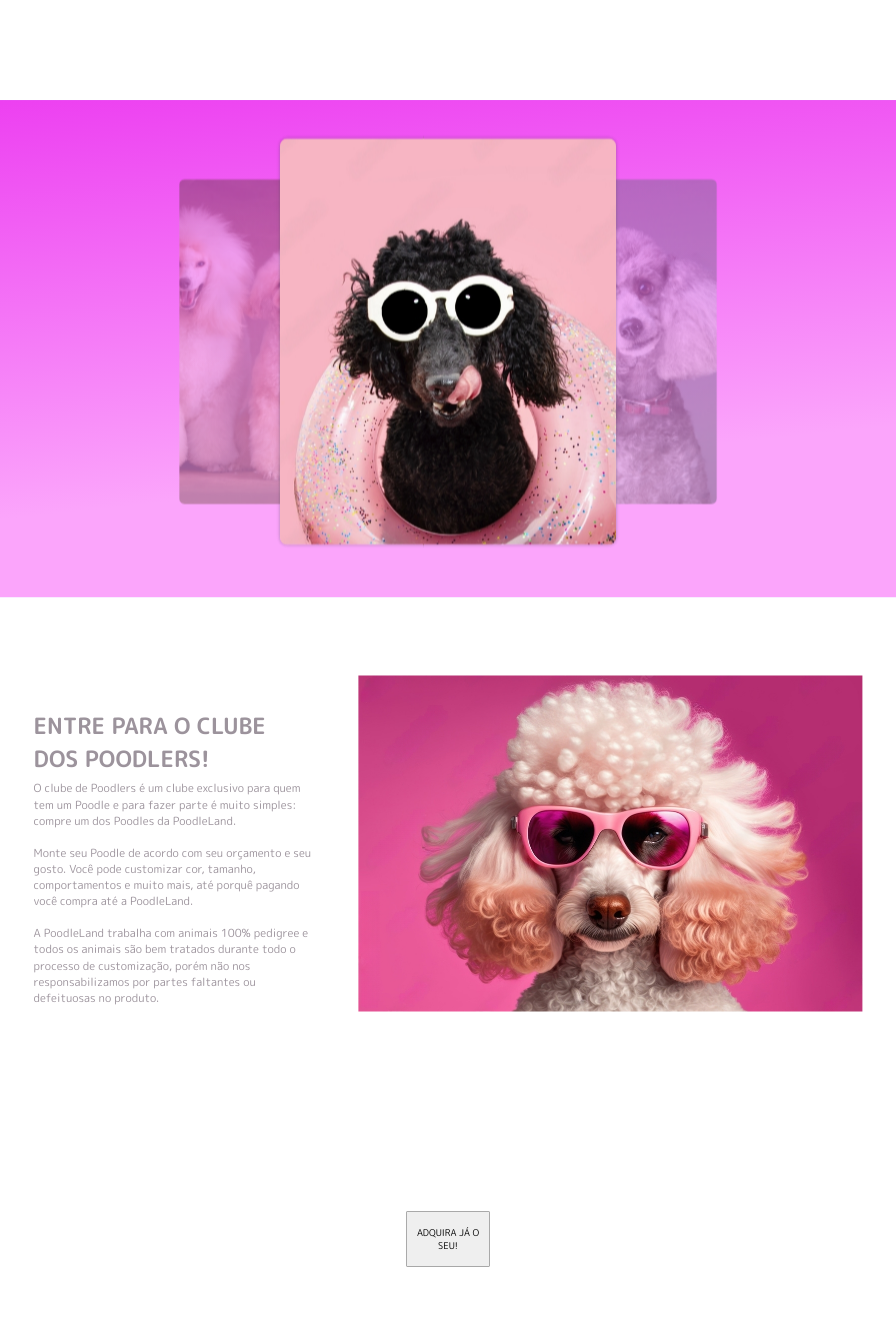
Repository: vinibalt/PoodleLand
Page: poddlelandia.html
These files come from the project's save history. The page is drawn as it stood at one moment and after a run of saves; the edit follows.
The browser window is 1280 px wide. The pictures show the part of the page from y = 770 to 2690 px (the page is 2690 px tall), at 70% of full size.

Above is the page before, as saved 2023-05-12 22:17:25.

### poddlelandia.html
<!DOCTYPE html>
<html lang="en">

<head>
    <meta charset="UTF-8">
    <meta http-equiv="X-UA-Compatible" content="IE=edge">
    <meta name="viewport" content="width=device-width, initial-scale=1.0">
    <link rel="stylesheet" href="./assets/css/styles.css">
    <title> PoodleLand </title>
</head>

<body>
    <header class="header">
        <div class="content">
            <img src="./assets/img/logo-poodleland.png" alt="" height="60px">
        </div>
    </header>

    <section class="section-one row">
        <div class="img-one">
            <img src="./assets/img/poddle-lindo.jpeg" alt="" height="480px">
        </div>

        <div class="text-one">
            <h1>O QUE SÃO POODLES?</h1>
            <p>
                O Poodle é uma raça de cães originária da França, que se tornou popular em todo o mundo por suas
                características únicas e encantadoras. Conhecido por sua inteligência, elegância e personalidade
                afetuosa, o Poodle é uma das raças mais populares de cães de companhia. <br><br>
                Uma das características mais marcantes do Poodle é seu pelo denso e encaracolado, que pode ser de
                diversas cores, como branco, preto, marrom e cinza. Além disso, a raça é conhecida por sua alta
                capacidade de aprendizado, sendo facilmente treinada e capaz de aprender diversos truques e comandos.
                <br><br>
                Apesar de sua aparência elegante e delicada, o Poodle é uma raça bastante resistente e adaptável, capaz
                de se adaptar facilmente a diferentes ambientes e estilos de vida. Além disso, a raça é conhecida por
                sua personalidade brincalhona e afetuosa, sendo um ótimo companheiro para famílias com crianças.
                <br><br>

            </p>
        </div>
    </section>

    <section class="section-carousel">

        <div class="container">
            <input type="radio" name="slider" id="item-1" checked>
            <input type="radio" name="slider" id="item-2">
            <input type="radio" name="slider" id="item-3">
          <div class="cards">
            <label class="card" for="item-1" id="song-1">
              <img class="img-carousel" src="./assets/img/poodle-praiano.jpeg" alt="song">
            </label>
            <label class="card" for="item-2" id="song-2">
              <img class="img-carousel" src="./assets/img/poodle-cinza-transformed.jpeg" alt="song">
            </label>
            <label class="card" for="item-3" id="song-3">
              <img class="img-carousel" src="./assets/img/poodle-varias-cores-transformed.jpeg" alt="song">
            </label>
          </div>
        </div>

    </section>

    <section class="section-two row">
        <div class="text-two">
            <h1>ENTRE PARA O CLUBE DOS POODLERS!</h1>
            <p>
                O clube de Poodlers é um clube exclusivo para quem tem um Poodle e para fazer parte é muito simples:
                compre um dos Poodles da PoodleLand. <br><br>
                Monte seu Poodle de acordo com seu orçamento e seu gosto. Você pode customizar cor, tamanho, comportamentos
                e muito mais, até porquê pagando você compra até a PoodleLand.
                <br><br>
                A PoodleLand trabalha com animais 100% pedigree e todos os animais são bem tratados durante todo o processo
                de customização, porém não nos responsabilizamos por partes faltantes ou defeituosas no produto.
                <br><br>

            </p>
        </div>

        <div class="img-two">
            <img src="./assets/img/poddle-lindo.jpeg" alt="" height="480px">
        </div>
    </section>

    <section class="catch">

        <button class="catch-button">
            ADQUIRA JÁ O SEU!
        </button>

    </section>

    <footer>

    </footer>
</body>

</html>

### assets/css/styles.css
@import url('https://fonts.googleapis.com/css2?family=Heebo:wght@300;400;500;600;700;800;900&display=swap');
@import url('https://fonts.googleapis.com/css2?family=M+PLUS+Rounded+1c:wght@100;300;400;500;700;800;900&display=swap');
/* font-family: 'Heebo', sans-serif; */

* {
    padding: 0;
    margin: 0;

    font-family: 'M PLUS Rounded 1c', sans-serif;
}

body {
    scroll-behavior: smooth;
}

.header {
    height: 80px;
    position: sticky;
    top: 0;
    background-color: #ed40f1;
    box-shadow: 0px 3px 5px 0px rgba(255,171,252,1);

    justify-content: center;
    align-items: center;
    text-align: center;

    z-index: 2;
}

.content img {
    padding-top: 1rem;
    border-radius: .5rem;

    border-radius: 8px;
}

.section-one, .section-two {
    height: auto;
    padding-top: 4rem;

    padding: 4rem 1rem 8rem 1rem;
    color: #9c939c;
}

.img-one, .text-one, .img-two{
    padding: 3rem 2rem 2rem;
}

.text-one {

}

.text-one > h1 {
 font-size: 32px;
 font-weight: 700;

 padding-bottom: .5rem;
}

.text-two > h1 {
    font-size: 32px;
    font-weight: 700;

    padding-bottom: .5rem;
   }

.text-one > p {
    font-size: 16px;
    font-weight: 400;
}

.text-two > p {
    font-size: 16px;
    font-weight: 400;
}

.text-two {
   padding: 6rem 2rem 2rem;
}

.section-carousel {
    height: 650px;
    /* background-color: #fba5fb; */
    background: rgb(237,64,241);
    background: linear-gradient(174deg, rgba(237,64,241,1) 0%, rgba(251,165,251,1) 71%);
}

.catch {
  height: 300px;
  display: flex;
  align-items: center;
  justify-content: center

}

.catch > button {

    height: 80px;
    width: 120px;


    margin: 0 auto;
}








.row {
    display: flex;
    flex-direction: row;
}

.column {
    display: flex;
    flex-direction: column;
}







@import url("https://fonts.googleapis.com/css?family=DM+Sans:400,500,700&display=swap");



.section-carousel {
  display: flex;
  align-items: center;
  justify-content: center;
  padding: 30px 10px;
  font-family: 'DM Sans', sans-serif;
  transition: background .4s ease-in;
  background-color: #c394f8;

  &.blue {
    background-color: #428aa6;
  }
}

input[type=radio] {
  display: none;
}

.card {
  position: absolute;
  width: 60%;
  height: 100%;
  left: 0;
  right: 0;
  margin: auto;
  transition: transform .4s ease;
  cursor: pointer;
}

.container {
  width: 100%;
  max-width: 800px;
  max-height: 600px;
  height: 100%;
  transform-style: preserve-3d;
  display: flex;
  justify-content: center;
  flex-direction: column;
  align-items: center;
}

.cards {
  position: relative;
  width: 100%;
  height: 100%;
  margin-bottom: 20px;

  z-index: 1;
}

.img-carousel {
  width: 100%;
  height: 100%;
  border-radius: 10px;
  object-fit: cover;
}

#item-1:checked ~ .cards #song-3, #item-2:checked ~ .cards #song-1, #item-3:checked ~ .cards #song-2 {
  transform: translatex(-40%) scale(.8);
  opacity: .4;
  z-index: 0;
}

#item-1:checked ~ .cards #song-2, #item-2:checked ~ .cards #song-3, #item-3:checked ~ .cards #song-1 {
  transform: translatex(40%) scale(.8);
  opacity: .4;
  z-index: 0;
}

#item-1:checked ~ .cards #song-1, #item-2:checked ~ .cards #song-2, #item-3:checked ~ .cards #song-3 {
  transform: translatex(0) scale(1);
  opacity: 1;
  z-index: 1;

  img {
    box-shadow: 0px 0px 5px 0px rgba(81, 81, 81, 0.47);
  }
}

.player {
  background-color: #fff;
  border-radius: 8px;
  min-width: 320px;
  padding: 16px 10px;
}

.upper-part {
  position: relative;
  display: flex;
  align-items: center;
  margin-bottom: 12px;
  height: 36px;
  overflow: hidden;
}

.play-icon{ margin-right: 10px; }

.song-info {
  width: calc(100% - 32px);
  display: block;
}

.song-info .title {
  color: #403d40;
  font-size: 14px;
  line-height: 24px;
}

.sub-line {
  display: flex;
  justify-content: space-between;
  width: 100%;
}

.subtitle, .time {
  font-size: 12px;
  line-height: 16px;
  color: #c6c5c6;
}

.time {
  font-size: 12px;
  line-height: 16px;
  color: #a5a5a5;
  font-weight: 500;
  margin-left: auto;
}

.progress-bar {
  height: 3px;
  width: 100%;
  background-color: #e9efff;
  border-radius: 2px;
  overflow: hidden;
}

.progress {
  display: block;
  position: relative;
  width: 60%;
  height: 100%;
  background-color: #2992dc;
  border-radius: 6px;
}

.info-area {
  width: 100%;
  position: absolute;
  top: 0;
  left: 30px;
  transition: transform .4s ease-in;
}

#item-2:checked ~ .player #test {
  transform: translateY(0);
}

#item-2:checked ~ .player #test  {
  transform: translateY(-40px);
}

#item-3:checked ~ .player #test  {
  transform: translateY(-80px);
}

After the next 2 saves:
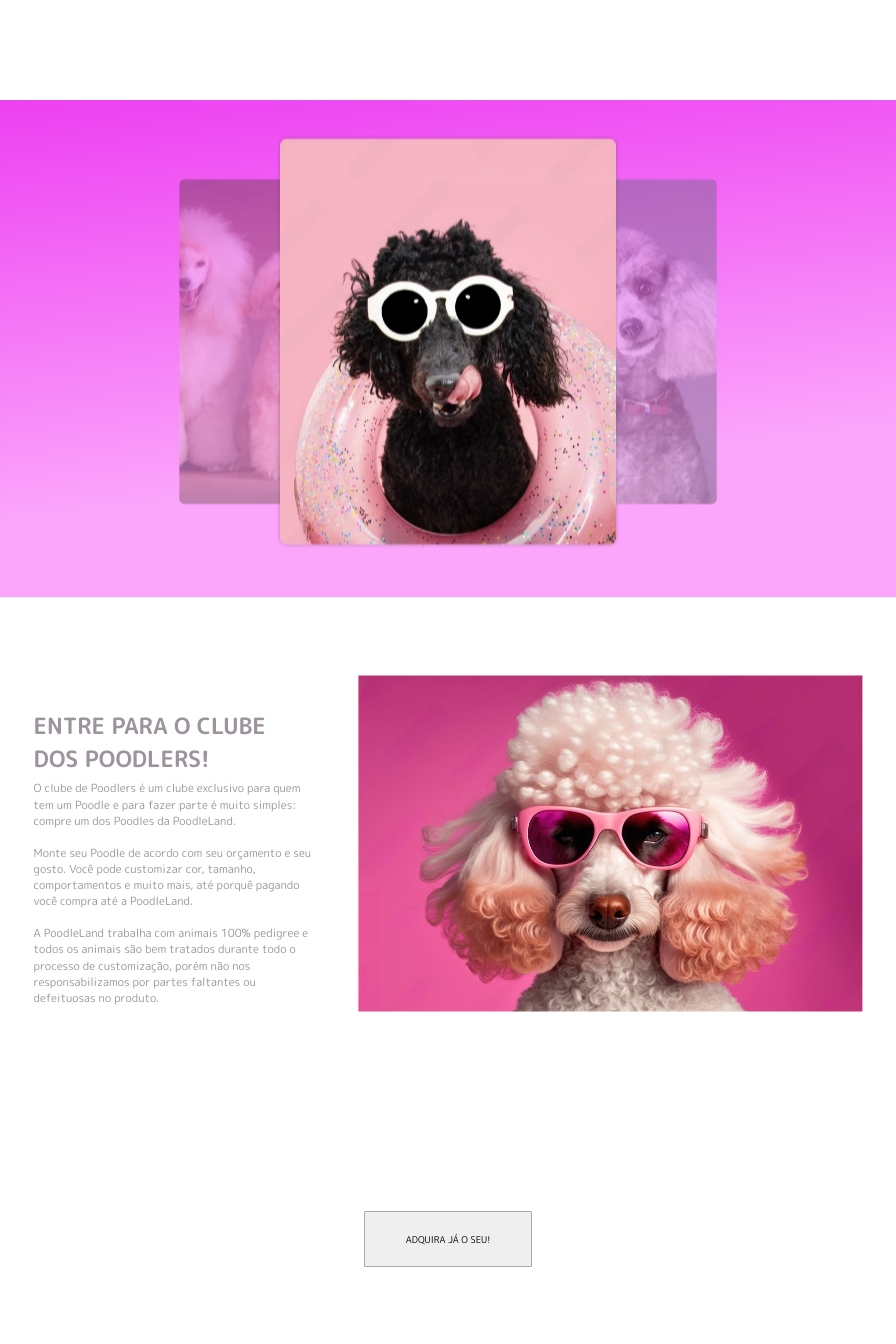
The 2 saves are shown as one change because they came seconds apart.
The last was saved 9 s later.
--- a/assets/css/styles.css
+++ b/assets/css/styles.css
@@ -96,7 +96,7 @@ body {
 .catch > button {
 
     height: 80px;
-    width: 120px;
+    width: 240px;
 
 
     margin: 0 auto;
